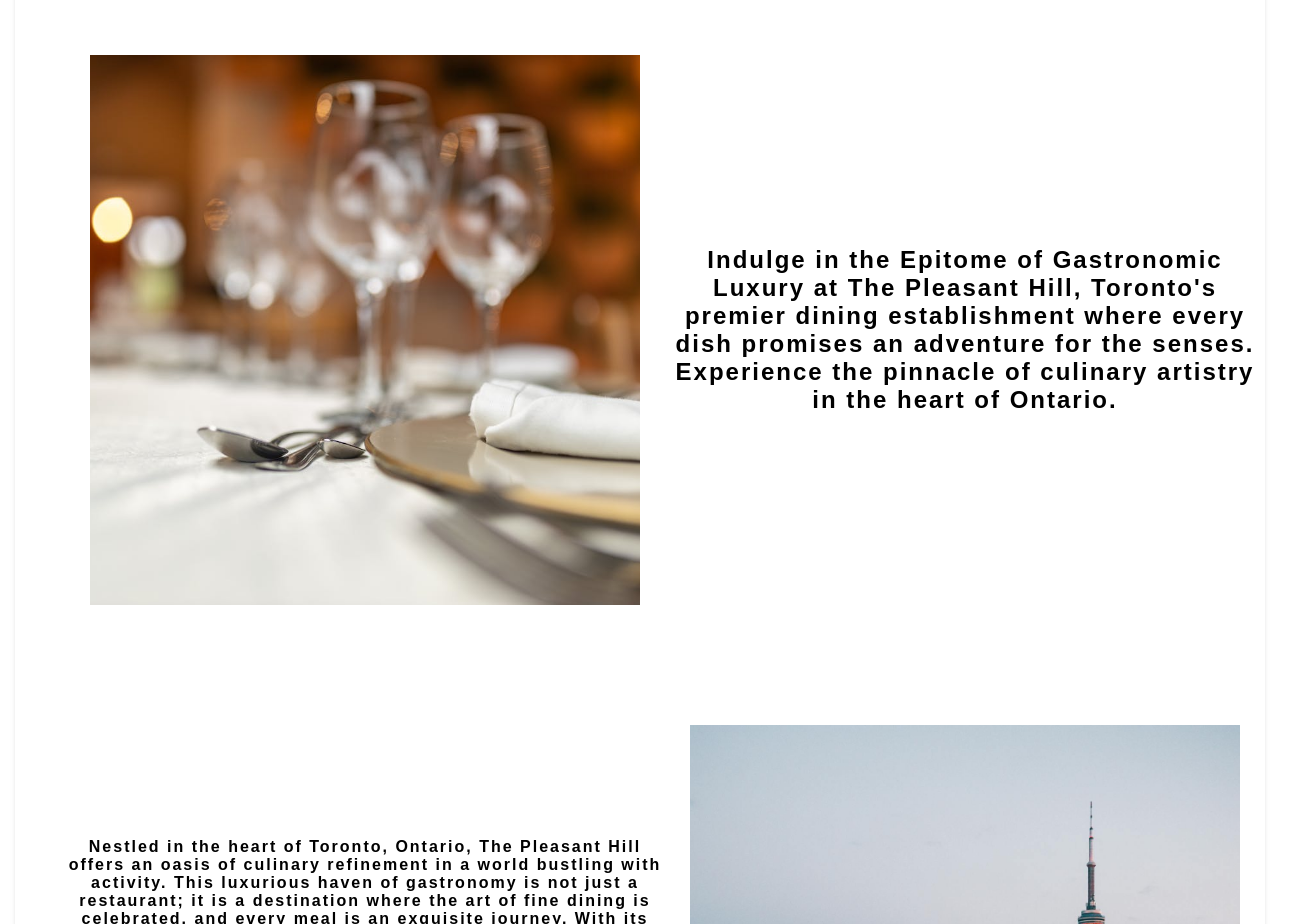
Repository: shayanabedi98/pleasant-hill-restaurant
Page: /
An editor plug-in stored every save of this project. The page is shown before and after the next save, followed by the edit.
The browser window is 1280 px wide. The page is 1290 px wide, so the pictures cover 1290 px, including what lies to the right of the window. The pictures show the part of the page from y = 1115 to 2039 px (the page is 2580 px tall).
Backgrounds fixed to the window are drawn as part of the page. Some web fonts or font styles are not loaded; a fallback is used. The project was rebuilt for these pictures with package versions that can differ from the ones it lists, and the page was loaded fresh each time. Also part of the build but not shown: vite.config.js, src/components/Contact.jsx, src/components/MenuList.jsx, src/components/Appetizers.jsx, src/components/Entrees.jsx, src/components/Desserts.jsx, src/components/Drinks.jsx, src/components/Menu.jsx and 1 more.

Above is the page before, as saved 2023-12-27 19:01:32.

### index.html
<!doctype html>
<html lang="en">
  <head>
    <meta charset="UTF-8" />
    <link rel="icon" type="image/svg+xml" href="/vite.svg" />
    <meta name="viewport" content="width=device-width, initial-scale=1.0" />
    <link rel="preconnect" href="https://fonts.googleapis.com">
    <link rel="preconnect" href="https://fonts.gstatic.com" crossorigin>
    <link href="https://fonts.googleapis.com/css2?family=Italiana&display=swap" rel="stylesheet">
    <title></title>
  </head>
  <body>
    <div id="root"></div>
    <script type="module" src="/src/main.jsx"></script>
  </body>
</html>

### src/App.jsx
import { useState } from "react";
import Contact from "./components/Contact";
import Home from "./components/Home";
import Menu from "./components/Menu";
import Navbar from "./components/Navbar";
import "./App.css";

function App() {
  const [activeDiv, setActiveDiv] = useState({
    home: true,
    menu: false,
    contact: false,
  });

  const renderDiv = (clickedItem) => {
    setActiveDiv({
      home: clickedItem === 'home',
      menu: clickedItem === 'menu',
      contact: clickedItem === 'contact'
    })
  }

  return (
    <>
      <Navbar onClick={renderDiv} />
      {activeDiv.home && <Home />}
      {activeDiv.menu && <Menu />}
      {activeDiv.contact && <Contact />}
    </>
  );
}

export default App;

### src/components/Home.jsx
import React from 'react'
import aboutImg from '../assets/about.jpg'
import toronto from '../assets/toronto.jpg'
import '../assets/banner.jpg'

const Home = () => {
  return (
    <div className='home'>
      <div className='banner-content'>
        <h1>Dine in luxury at The Pleasant Hill</h1>
        <div className='banner-buttons'>
          <button>View Menu</button>
          <button>Book Reservation</button>
        </div>
      </div>
      <div className="about">
        <div className='about1'>
          <img src={aboutImg} alt="zoomed in picture of a dining table with utensils" />
          <h2>Indulge in the Epitome of Gastronomic Luxury at The Pleasant Hill, Toronto's premier dining establishment where every dish promises an adventure for the senses. Experience the pinnacle of culinary artistry in the heart of Ontario.</h2>
        </div>

        <div className="about2">
          <p>Nestled in the heart of Toronto, Ontario, The Pleasant Hill offers an oasis of culinary refinement in a world bustling with activity. This luxurious haven of gastronomy is not just a restaurant; it is a destination where the art of fine dining is celebrated, and every meal is an exquisite journey. With its opulent ambiance, The Pleasant Hill invites patrons to indulge in a symphony of flavors crafted by world-renowned chefs. Each dish is a masterpiece, composed of the finest locally-sourced ingredients and presented with the elegance worthy of royalty. Our sommelier-curated wine selection complements the epicurean delights, featuring rare vintages and sought-after labels from the most esteemed vineyards. At The Pleasant Hill, we believe that a meal should be a cherished moment, a time to savor the luxuries that life has to offer. We take pride in creating an unforgettable experience that begins with a warm welcome and lingers long after the last decadent dessert is enjoyed. Come, be our guest and immerse yourself in the pinnacle of Toronto's dining scene.</p>
          <img src={toronto} alt="Toronto skyline" />
        </div>
      </div>
    </div>
  )
}

export default Home

### src/components/Navbar.jsx
import React from "react";
import logo from "../assets/logo2.png";

const Navbar = ({ onClick }) => {
  return (
    <div className="navbar">
      <img src={logo} alt="" />
      <ul>
        <li onClick={() => onClick("home")}>Home</li>
        <li onClick={() => onClick("menu")}>Menu</li>
        <li onClick={() => onClick("contact")}>Contact</li>
      </ul>
    </div>
  );
};

export default Navbar;

### src/App.css


* {
  font-family: 'Italiana', sans-serif;
  font-weight: 600;
  letter-spacing: 2px;
}

body {
  padding: 0px;
  margin: 0px;
}

.contact, .menu {
  margin-top: 180px;
}

.navbar {
  background-color: black;
  display: grid;
  grid-template-columns: 1fr 1fr;
  place-items: center;
  align-content: center;
  height: 120px;
  box-shadow: rgba(0, 0, 0, 0.24) 0px 3px 8px;
  z-index: 2;
  position: fixed;
  width: 100%;
  top: 0;
}

.navbar ul li {
  list-style: none;
  font-size: 24px;
  text-align: center;
  color: rgb(245, 245, 232);
  background-color: black;
}

.navbar ul {
  display: grid;
  width: 70%;
  grid-template-columns: 1fr 1fr 1fr;
  padding: 0px;
  margin: 0px;

}

.navbar ul li:hover {
  cursor: pointer;
  background-color: #aa9c66;
}

.banner-content {
  background: url('./assets/banner.jpg');
  background-attachment: fixed;
  height: 980px;
  display: grid;
  place-items: center;
}

.banner-content h1 {
  position: relative;
  top: 200px;
  font-size: 70px;
  color: #ffffff;
}

.banner-buttons {
  position: relative;
  top: -150px;
  display: grid;
  grid-template-columns: 1fr 1fr;
  gap: 50px;
}

.banner-buttons button {
  width: 170px;
  height: 70px;
  font-size: 20px;
  border: none;
  background-color: #aa9c66;
  color: #ffffff;
  cursor: pointer;
  box-shadow: rgba(50, 50, 93, 0.25) 0px 13px 27px -5px, rgba(0, 0, 0, 0.3) 0px 8px 16px -8px;
}

.about {
  box-shadow: rgba(0, 0, 0, 0.1) 0px 4px 6px -1px, rgba(0, 0, 0, 0.06) 0px 2px 4px -1px;
  width: 1200px;
  margin: 70px auto;
  padding: 25px;
  text-align: center;
}

.about1, .about2 {
  display: grid;
  grid-template-columns: 1fr 1fr;
  place-items: center;
  width: 1200px;
  margin: 70px auto;
  padding: 25px;
}

.about img {
  height: 550px;
  width: 550px;
  object-fit: cover;
}

.card-container {
  display: grid;
  gap: 20px;
  grid-template-columns: repeat(3, 1fr);
  place-items: center;
  color: #aa9c66;
  width: 1200px;
  margin: auto;
}

.menu-imgs {
  width: 300px;
  margin: 30px 30px 30px 30px;
  border-radius: 5%;
}

.menu-desc {
  text-align: center;
  font-weight: 600;
  padding-left: 20px;
  padding-right: 20px
}

.menu-names {
  font-size: 25px;
  text-decoration: underline;
  color: rgb(158, 152, 96);
}

.card {
  width: 370px;
  min-height: 400px;
  cursor: pointer;
  box-shadow: 0 13px 27px -5px hsla(240, 30.1%, 28%, 0.25), 0 8px 16px -8px hsla(0, 0%, 0%, 0.3), 0 -6px 16px -6px hsla(0, 0%, 0%, 0.03);
  transition: all ease 200ms;
  display: grid;
  place-items: center;
  grid-template-rows: 1fr 0.3fr 0.3fr;
  background-color: black;
  border-radius: 1rem;
  overflow: hidden;

}

.card:hover {
  cursor: pointer;
  transform: scale(1.03);
  box-shadow: 0 13px 40px -5px hsla(240, 30.1%, 28%, 0.12), 0 8px 32px -8px hsla(0, 0%, 0%, 0.14), 0 -6px 32px -6px hsla(0, 0%, 0%, 0.02);
}


.menu-desc, .menu-names {
  background-color: black;
}

.menu h2 {
  text-align: center;
  font-size: 35px;
  margin: 60px 0 60px 0;

}

.menu h1 {
  text-align: center;
  font-size: 40px;

}

.menu-top-p {
  text-align: center;
  font-size: 23px;
  width: 1200px;
  margin: 70px auto;
}


.contact h1 {
  text-align: center;
  width: 1200px;
  font-size: 45px;
  margin: 70px auto;
  text-decoration: underline;

}

.contact h2 {
  text-align: center;
  margin: 1px auto;
  width: 1200px;
}

.contact h3 {
  text-align: center;
  margin: 40px auto;
}

.iframe-div {
  margin: 50px auto;
  display: flex;
  justify-content: center;
  align-items: center;
}

Loaded but not shown: src/main.jsx (common file)

After the next save:
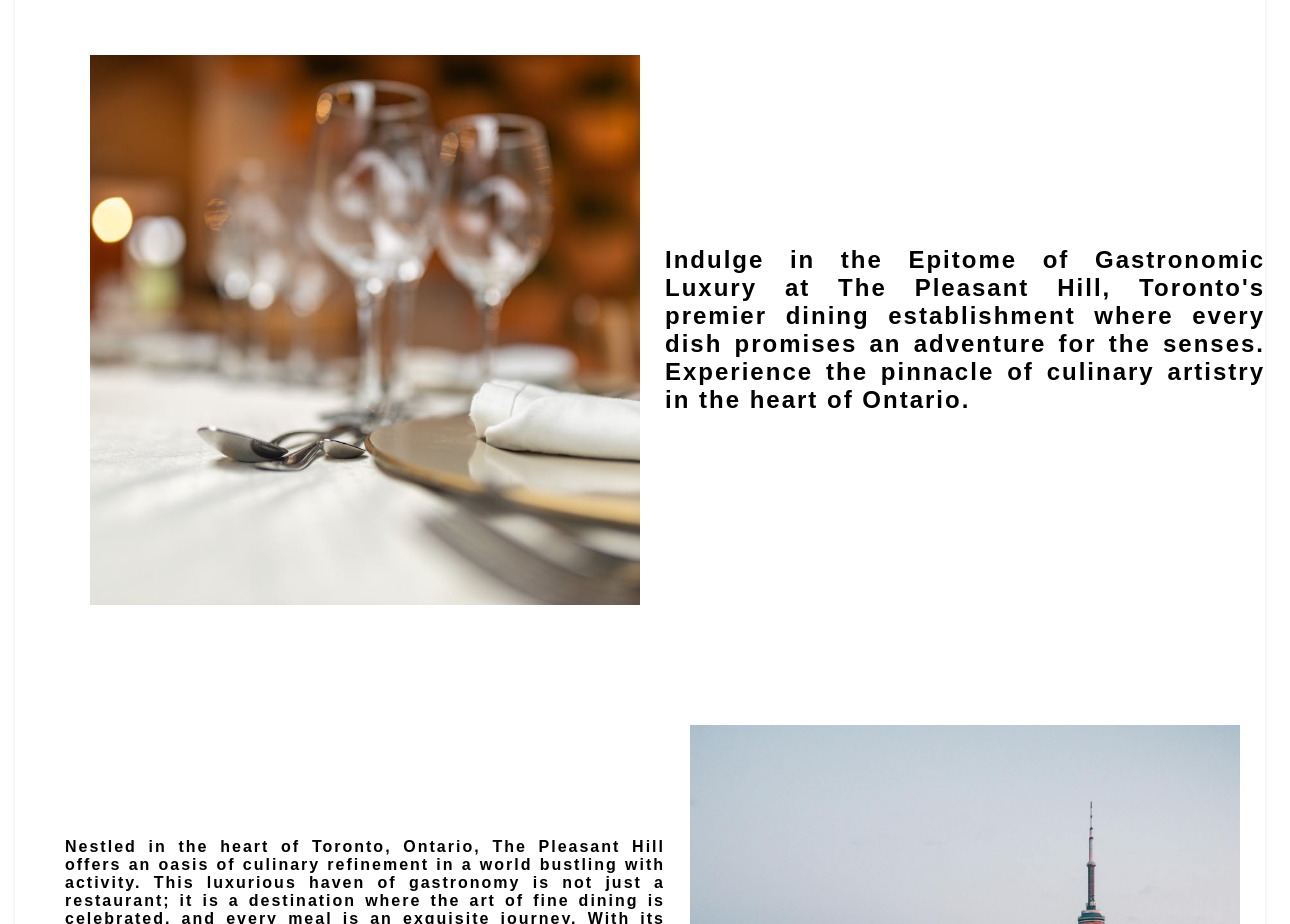
Saved 9 s later.
--- a/src/App.css
+++ b/src/App.css
@@ -90,7 +90,7 @@ body {
   width: 1200px;
   margin: 70px auto;
   padding: 25px;
-  text-align: center;
+  text-align: justify;
 }
 
 .about1, .about2 {
